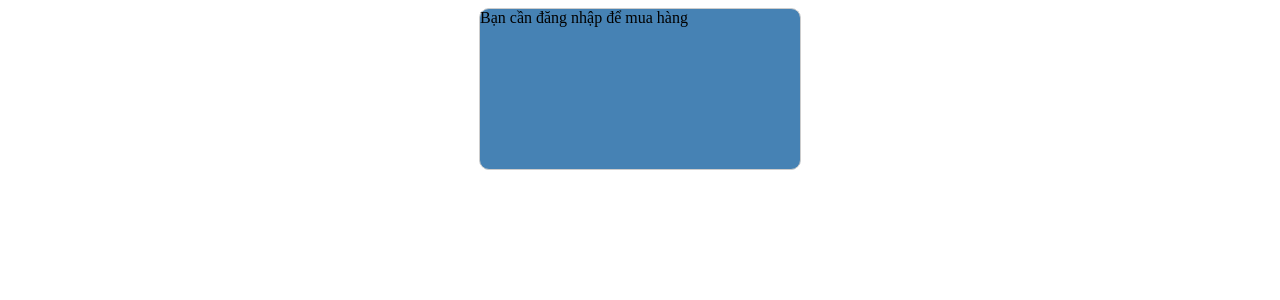
Repository: tung1233hhhhhhhhhhhhh/shoppingcart
Page: view/product/components/thongbao.html
The author's editor kept a copy of each file at every save. The page is drawn from the files as they stood at one save, then again after the next save.
The browser window is 1280 px wide. The pictures show the whole page.

Above is the page before, as saved 2023-08-08 21:23:22.

### view/product/components/thongbao.html
<!DOCTYPE html>
<html lang="en">

<head>
    <meta charset="UTF-8">
    <meta name="viewport" content="width=device-width, initial-scale=1.0">
    <title>Document</title>
</head>
<style>
    .box {
        width: 20rem;
        height: 10rem;
        background-color: steelblue;
        border: 1px solid #Ccc;
        border-radius: 10px;
        margin: 0 auto;
    }
</style>

<body>

    <div class="box">
        <div class="text">Bạn cần đăng nhập để mua hàng</div>
    </div>
</body>

</html>

After the next save:
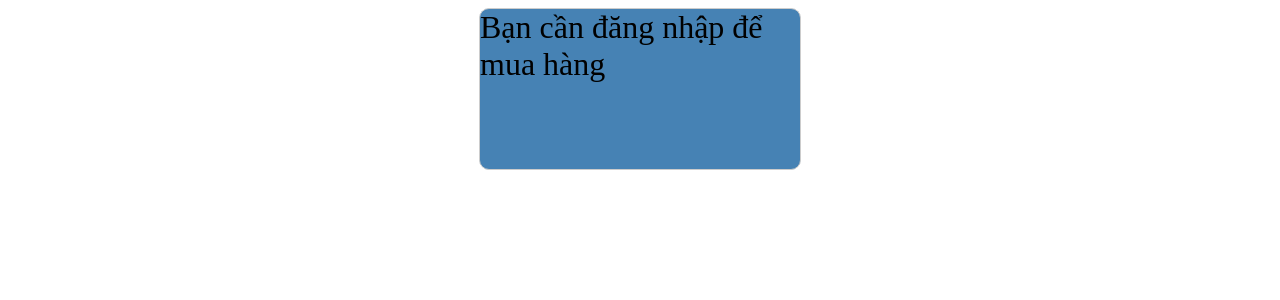
Saved 9 s later.
--- a/view/product/components/thongbao.html
+++ b/view/product/components/thongbao.html
@@ -15,6 +15,10 @@
         border-radius: 10px;
         margin: 0 auto;
     }
+
+    .text {
+        font-size: 2rem;
+    }
 </style>
 
 <body>
